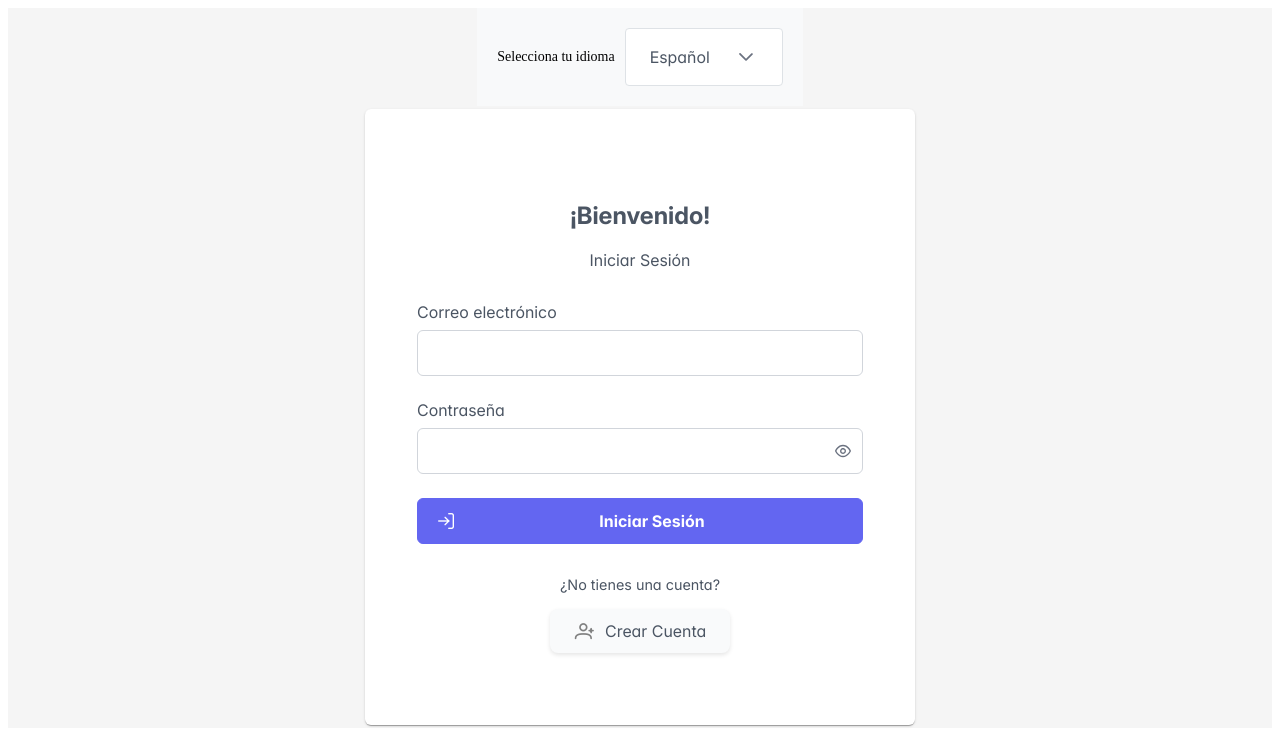
Repository: nder1996/Info_Colombia
Page: / (app in fronted/gestion-tareas/)
An editor plug-in stored every save of this project. The page is shown before and after the next save, followed by the edit.
The browser window is 1280 px wide. The pictures show the whole page.
The project was rebuilt for these pictures with package versions that can differ from the ones it lists, and the page was loaded fresh each time. Also part of the build but not shown: fronted/gestion-tareas/src/routes/ProtectedRoute.tsx, fronted/gestion-tareas/src/components/gestion-tareas/GestionTareas.css, fronted/gestion-tareas/src/services/GestionTareasService.ts, fronted/gestion-tareas/src/services/SummaryServices.ts, fronted/gestion-tareas/src/services/UsuarioService.ts, fronted/gestion-tareas/src/services/WebSocketService.ts, fronted/gestion-tareas/src/hooks/useNotifications.ts, fronted/gestion-tareas/src/components/gestion-tareas/GestionTareas.tsx and 1 more.

Above is the page before, as saved 2025-02-24 03:11:19.

After the next save:
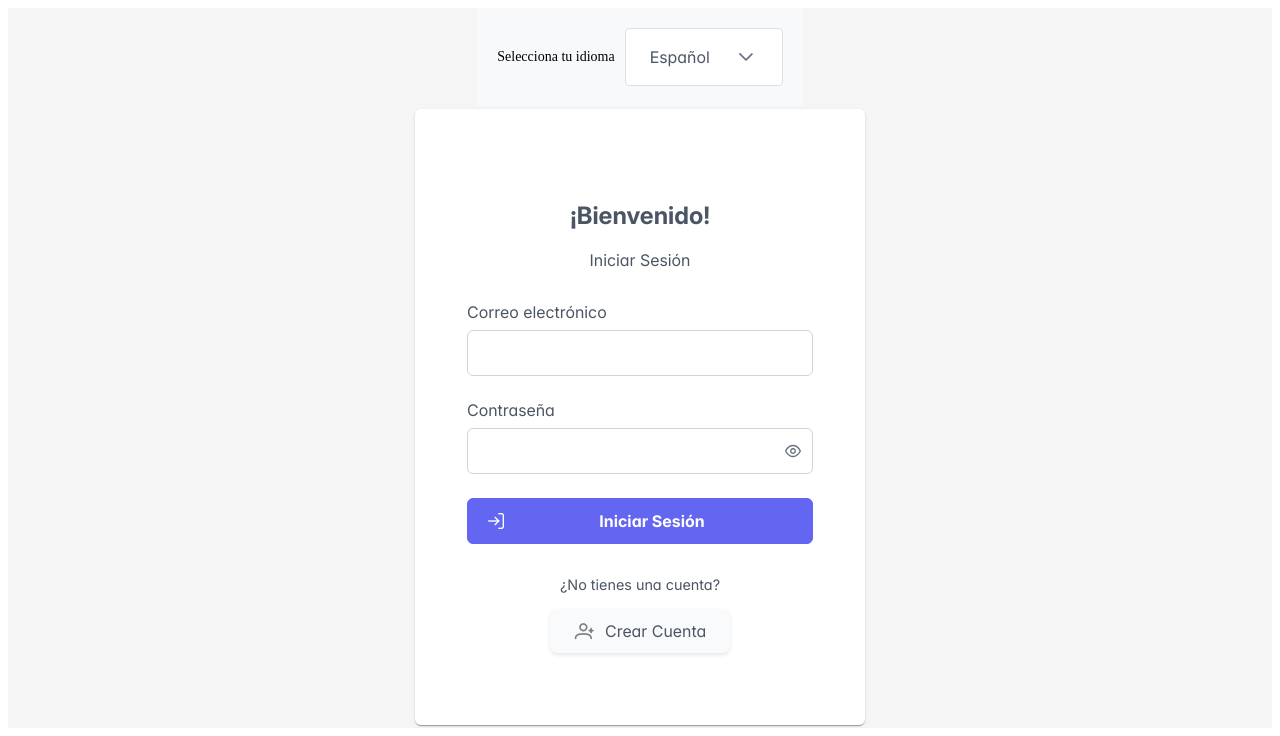
Saved 14 s later.
--- a/fronted/gestion-tareas/src/components/InicioSession/InicioSession.css
+++ b/fronted/gestion-tareas/src/components/InicioSession/InicioSession.css
@@ -70,7 +70,7 @@
 .login-card {
   margin: auto;
   width: 100%;
-  width: 550px;
+  width: 450px;
   padding: 2rem;
 }
 
